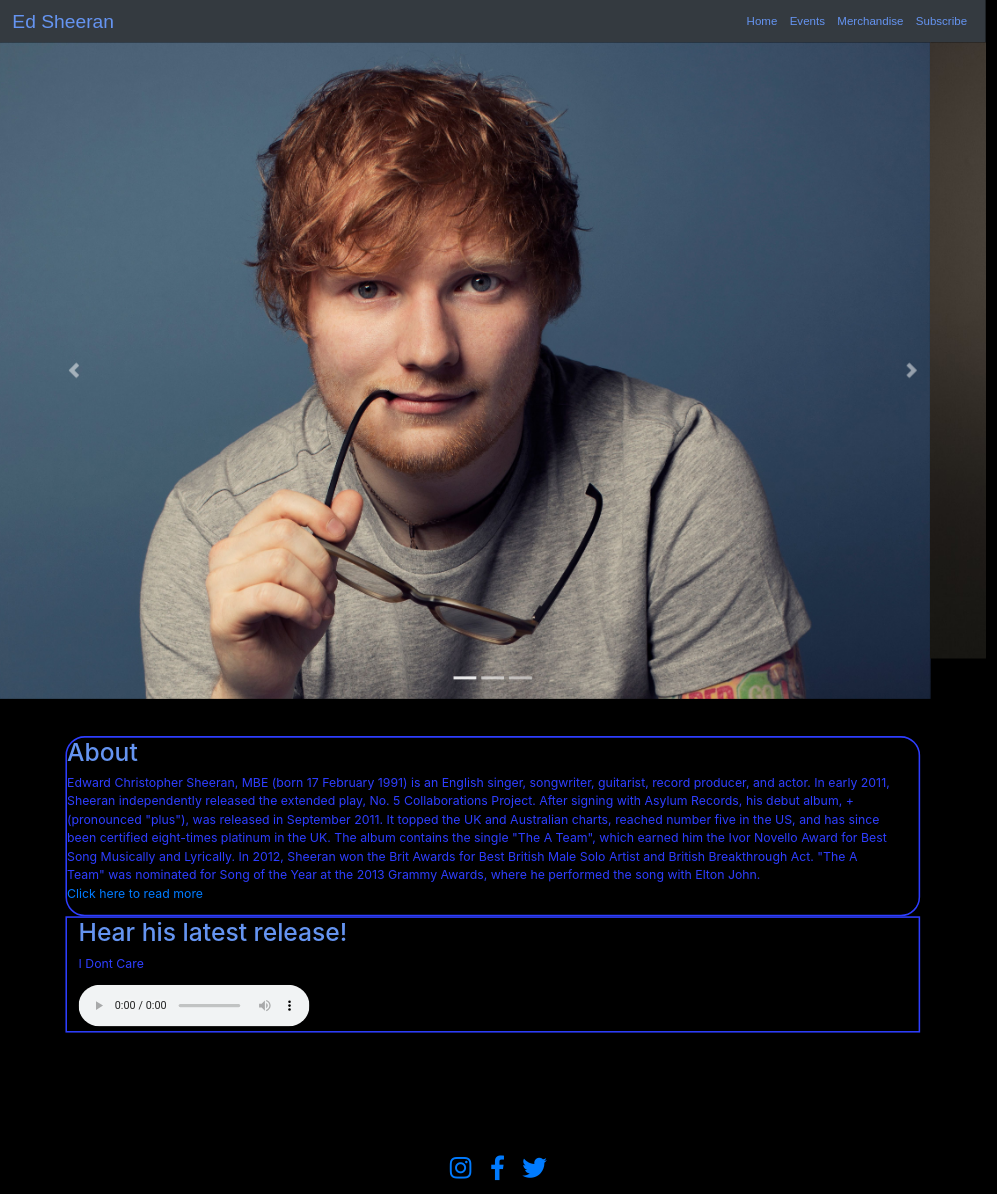
Repository: amit238/milestone-project-1
Page: index.html
The author's editor kept a record of every edit. The page is drawn from the files as they stood at one moment, then again after the next edit.
The browser window is 1280 px wide. The page is 1295 px wide, so the pictures cover 1295 px, including what lies to the right of the window. The pictures show the whole page, at 77% of full size.
Some web libraries are served in a nearby version.

Above is the page before.

### index.html
<!DOCTYPE html>
<html lang="en">

<head>
  <meta charset="UTF-8">
  <meta name="viewport" content="width=device-width, initial-scale=1.0">
  <meta http-equiv="X-UA-Compatible" content="ie=edge">
  <link rel="stylesheet" href="https://maxcdn.bootstrapcdn.com/bootstrap/4.2.1/css/bootstrap.min.css" type="text/css" />
  <link rel="stylesheet" href="https://use.fontawesome.com/releases/v5.0.10/css/all.css" integrity="sha384-+d0P83n9kaQMCwj8F4RJB66tzIwOKmrdb46+porD/OvrJ+37WqIM7UoBtwHO6Nlg" crossorigin="anonymous">
  <link rel="stylesheet" href="assets/css/style.css">
  <title>Ed Sheeran - User Centric Frontend Project</title>
</head>

<body>
  <nav class="navbar navbar-expand-lg navbar-dark bg-dark">
    <a class="edsheeran-brand">Ed Sheeran</a>
    <button type="button" class="navbar-toggler" data-toggle="collapse" data-target="#main-menu" aria-expanded="true">
                <span class="navbar-toggler-icon"></span>
            </button>
    <div id="main-menu" class="navbar-collapse collapse">
      <ul class="navbar-nav ml-auto">
        <li class="nav-item active"><a class="nav-link" href="index.html">Home</a></li>
        <li class="nav-item"><a class="nav-link" href="events.html">Events</a></li>
        <li class="nav-item"><a class="nav-link" href="merchandise.html">Merchandise</a></li>
        <li class="nav-item"><a class="nav-link" href="subscribe.html">Subscribe</a></li>
      </ul>
    </div>
  </nav>
  <div id="carouselExampleCaptions" class="carousel slide" data-ride="carousel">
    <ol class="carousel-indicators">
      <li data-target="#carouselExampleCaptions" data-slide-to="0" class="active"></li>
      <li data-target="#carouselExampleCaptions" data-slide-to="1"></li>
      <li data-target="#carouselExampleCaptions" data-slide-to="2"></li>
    </ol>
    <div class="carousel-inner">
      <div class="carousel-item active">
        <img class="d-block w-100" src="wallpaper.jpg" alt="First Slide">
      </div>
      <div class="carousel-item">
        <img class="d-block w-100" src="ed-sheeran-sitting-down.jpg" alt="Second Slide">
      </div>
      <div class="carousel-item">
        <img class="d-block w-100" src="edsheeranwall.jpg" alt="Third Slide">
      </div>
    </div>
    <a class="carousel-control-prev" href="#carouselExampleCaptions" role="button" data-slide="prev">
    <span class="carousel-control-prev-icon" aria-hidden="true"></span>
    <span class="sr-only">Previous</span>
  </a>
    <a class="carousel-control-next" href="#carouselExampleCaptions" role="button" data-slide="next">
    <span class="carousel-control-next-icon" aria-hidden="true"></span>
    <span class="sr-only">Next</span>
  </a>
  </div>
  <div class="background">
    <div class="container">
      <div class="row about-section">
        <div class="col-12">
          <h2 class="row about-header">About</h2>
          <p class="row about-para">Edward Christopher Sheeran, MBE (born 17 February 1991) is an English singer, songwriter, guitarist, record producer, and actor. In early 2011, Sheeran independently released the extended play, No. 5 Collaborations Project. After signing with
            Asylum Records, his debut album, + (pronounced "plus"), was released in September 2011. It topped the UK and Australian charts, reached number five in the US, and has since been certified eight-times platinum in the UK. The album contains
            the single "The A Team", which earned him the Ivor Novello Award for Best Song Musically and Lyrically. In 2012, Sheeran won the Brit Awards for Best British Male Solo Artist and British Breakthrough Act. "The A Team" was nominated for Song
            of the Year at the 2013 Grammy Awards, where he performed the song with Elton John.<a href="https://en.wikipedia.org/wiki/Ed_Sheeran" target="_top"> Click here to read more</a></p>
        </div>
      </div>
      <div class="row audio-section">
        <div class="col-12">
          <h2 class="audio-header">Hear his latest release!</h2>
          <p>I Dont Care</p>
          <audio class="song" controls>
              <source src="Ed_Sheeran_I_Dont_Care.mp3" type="audio/mpeg">
          </audio>
        </div>
      </div>
    </div>
  </div>

  <footer>
        <hr>
        <div class="row">
            <div class="col-12">
                <ul class="list-inline social-links">
                    <li class="list-inline-item"><a target="_blank" href="https://www.facebook.com"><i></i></a>
                    </li>
                    <li class="list-inline-item"><a href="https://www.instagram.com/teddysphotos/?hl=en"><i class="fab fa-instagram fa-2x fa-fw"></i></a>
                    <li class="list-inline-item"><a href="https://en-gb.facebook.com/EdSheeranMusic"><i class="fab fa-facebook-f fa-2x fa-fw"></i></a>
                    <li class="list-inline-item"><a href="https://twitter.com/edsheeran?lang=en"><i class="fab fa-twitter fa-2x fa-fw"></i></a>
                    </li>
                </ul>
            </div>
        </div>
    </footer>
  <script src="https://code.jquery.com/jquery-3.3.1.slim.min.js" integrity="sha384-q8i/X+965DzO0rT7abK41JStQIAqVgRVzpbzo5smXKp4YfRvH+8abtTE1Pi6jizo" crossorigin="anonymous"></script>
  <script src="https://cdnjs.cloudflare.com/ajax/libs/popper.js/1.14.6/umd/popper.min.js" integrity="sha384-wHAiFfRlMFy6i5SRaxvfOCifBUQy1xHdJ/yoi7FRNXMRBu5WHdZYu1hA6ZOblgut" crossorigin="anonymous"></script>
  <script src="https://stackpath.bootstrapcdn.com/bootstrap/4.2.1/js/bootstrap.min.js" integrity="sha384-B0UglyR+jN6CkvvICOB2joaf5I4l3gm9GU6Hc1og6Ls7i6U/mkkaduKaBhlAXv9k" crossorigin="anonymous"></script>
</body>

</html>

### assets/css/style.css
body {
    background-color: #000000;
}


/*----------NAVBAR------------*/

.navbar.navbar-expand-lg.navbar-dark.bg-dark .edsheeran-brand {
    color: #6594F1;
    font-family: sans-serif;
    font-size: 25px;

}

.navbar.navbar-expand-lg.navbar-dark.bg-dark .nav-link {
    color: #6594F1;
    font-family: sans-serif;
    font-size: 15px;
}

/*----------CAROUSEL------------*/

.size {
    height: 90vh;
    width: 100%;
}

/*------------ABOUT-------------*/

.background {
    background-image: url("../../edsheeranblack.png");
    background-repeat: no-repeat;
    background-position: top right;
}

.container {
    width: 100%;
    color: red;
    position: relative;
    top: 3em;
    height: 35em;
}

.about-header {
    color: #6594F1;
}

.audio-header {
    color: #6594F1;
}


.about-section {
    border-radius: 25px;
    border-style: solid;
    border-width: 2px;
    width: 60%;
    padding: 0;
    margin: 0;
    color: #2E3EFF;
}

.audio-section {
    border-style: solid;
    border-width: 2px;
    width: 60%;
    padding: 0;
    margin: 0;
    color: #2E3EFF;
}

@media screen and (min-width: 1302px) {
    .container {
        background-image: url("../../edsheeranblack.png") no-repeat;
    }
    .about-para {
        width: 100%;
    }
}

@media only screen and (max-width: 1302px) {
    .background {
        background-image: none;
    }
    .about-para {
        width: 100%;
    }
    .about-section {
        width: 100%;
    }
    .audio-section {
        width: 100%
    }

}

/*---footer---*/

.list-inline {
    text-align: center;
}

a {
    text-align: center;
}

After the next edit:
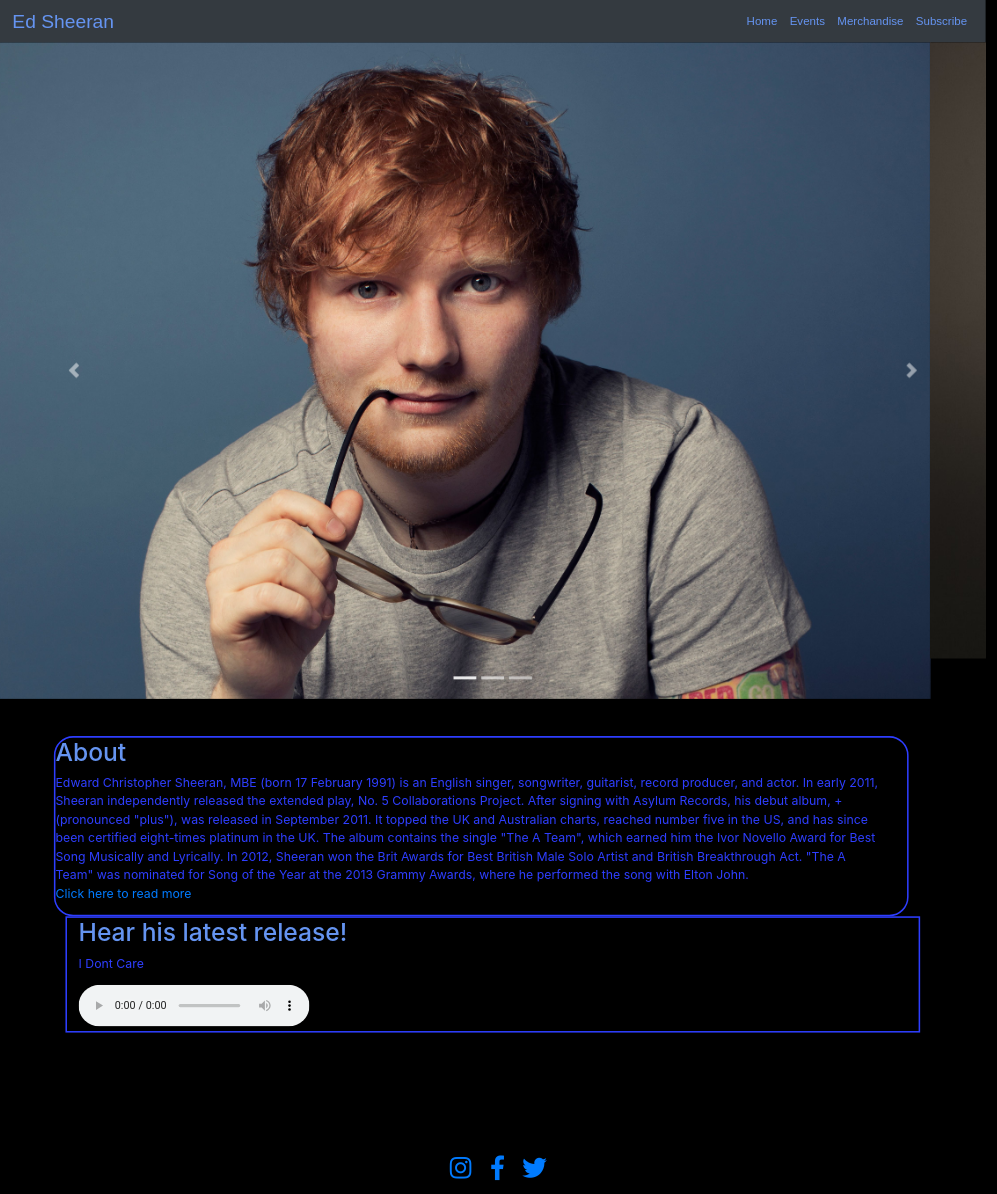
The edit:
--- a/assets/css/style.css
+++ b/assets/css/style.css
@@ -55,8 +55,8 @@
     border-style: solid;
     border-width: 2px;
     width: 60%;
-    padding: 0;
-    margin: 0;
+    padding: 25;
+    margin: 25;
     color: #2E3EFF;
 }
 
